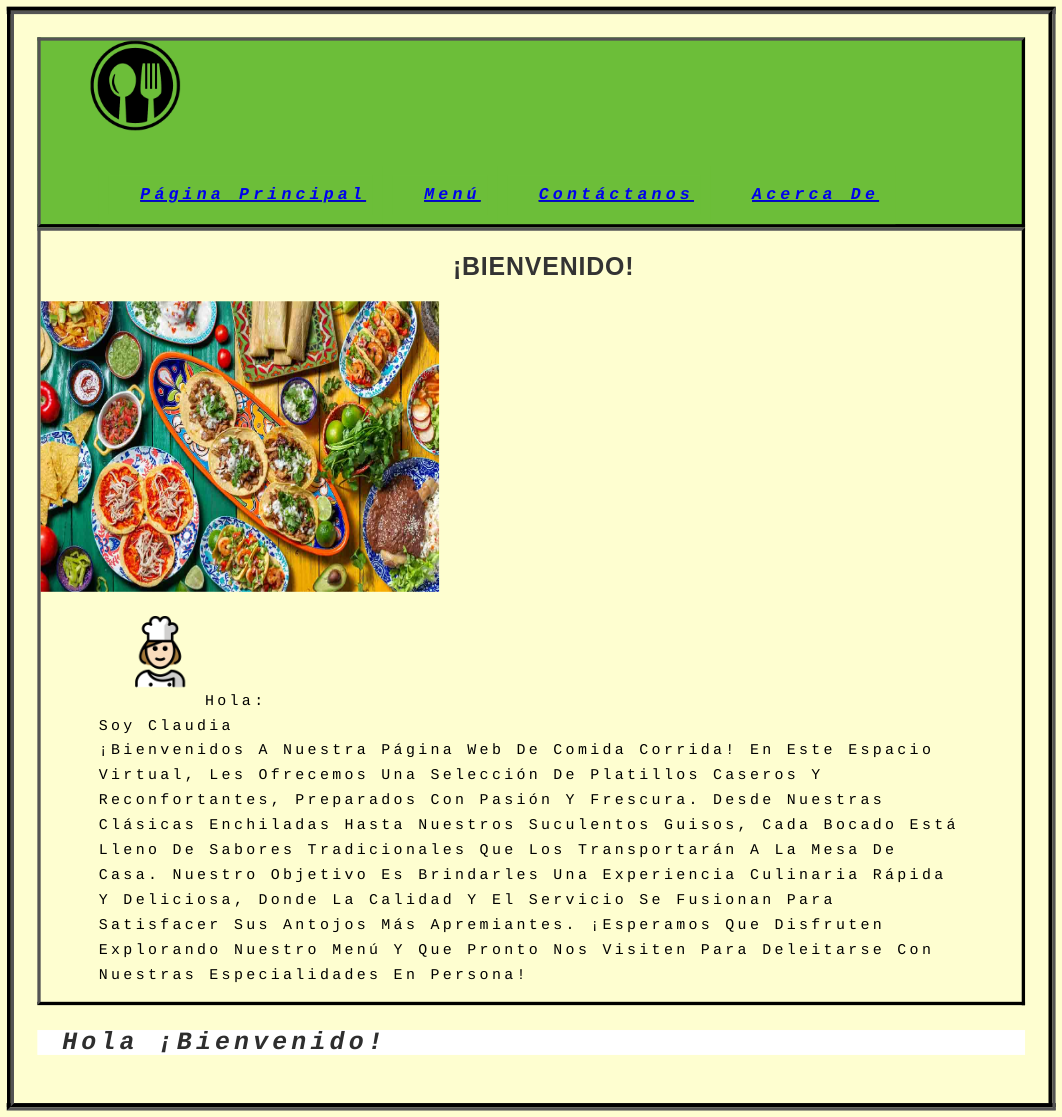
Repository: UVMCoyoacan/eq06_sitio1
Page: index.html
These files come from the project's save history. The page is drawn as it stood at one moment and after the next save; the edit follows.
The browser window is 1280 px wide. The pictures show the whole page, at 83% of full size.

Above is the page before, as saved 2024-03-08 11:41:41.

After the next save:
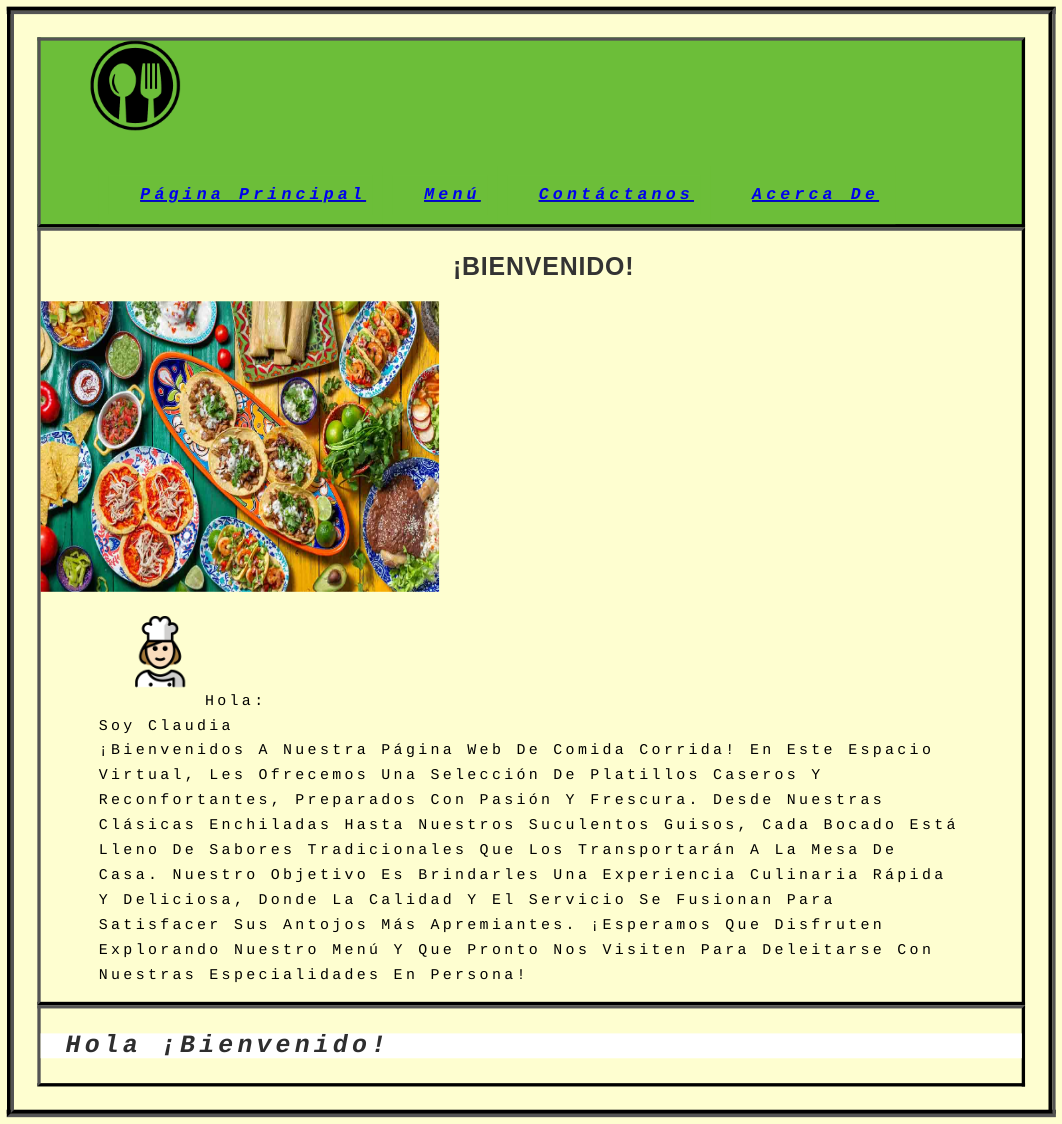
Saved 8 s later.
--- a/index.html
+++ b/index.html
@@ -34,9 +34,9 @@
 
             </ul>
         </div>
-    <div border-style: outset;
+    <div style="border-style: outset;
     border-color: #000000;
-    border-width: .4ch;>
+    border-width: .4ch;">
         <footer >
             <p>Hola ¡Bienvenido!</p>
         </footer>
